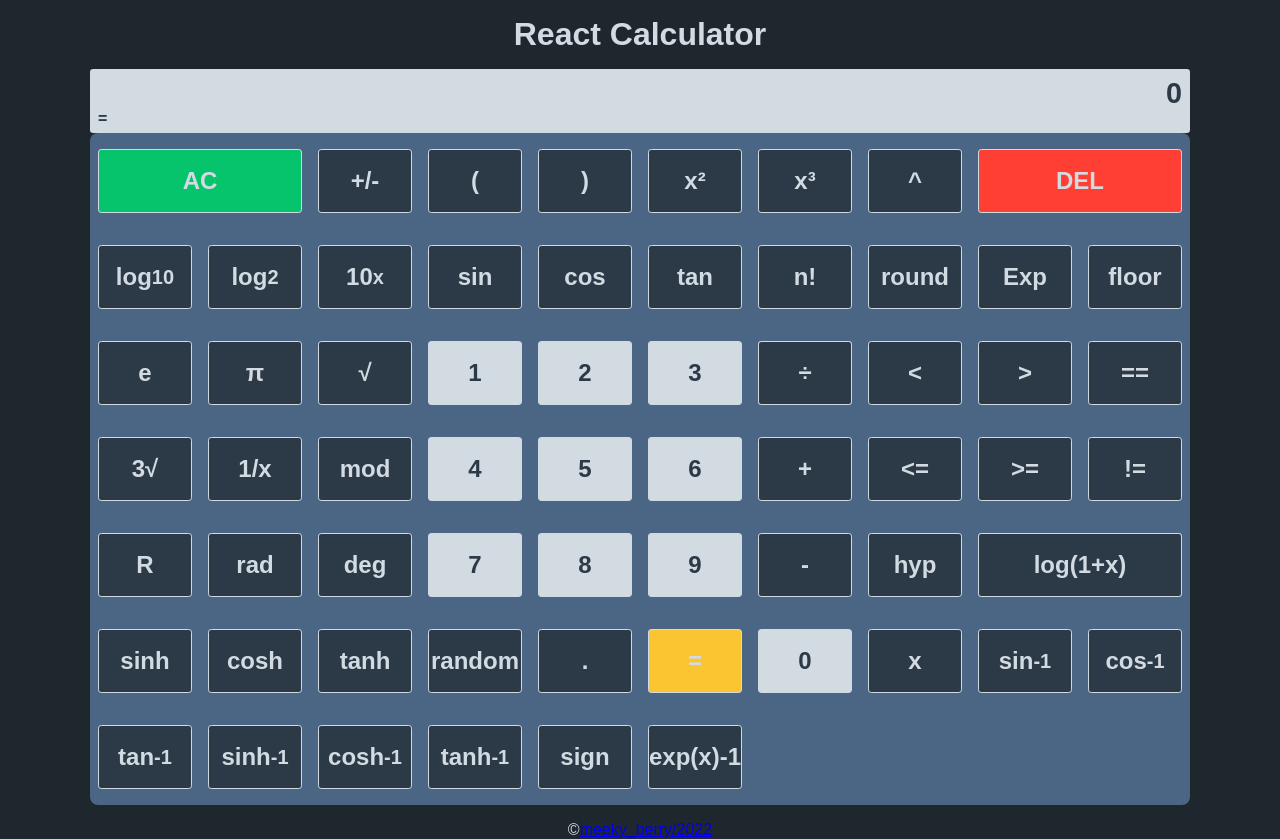
Repository: MikkyPrestige/calculator
Page: /
These files come from the project's save history. The page is drawn as it stood at one moment and after the next save; the edit follows.
The browser window is 1280 px wide. The pictures show the whole page.
The project was rebuilt for these pictures with package versions that can differ from the ones it lists, and the page was loaded fresh each time.

Above is the page before, as saved 2022-11-17 23:00:19.

After the next save:
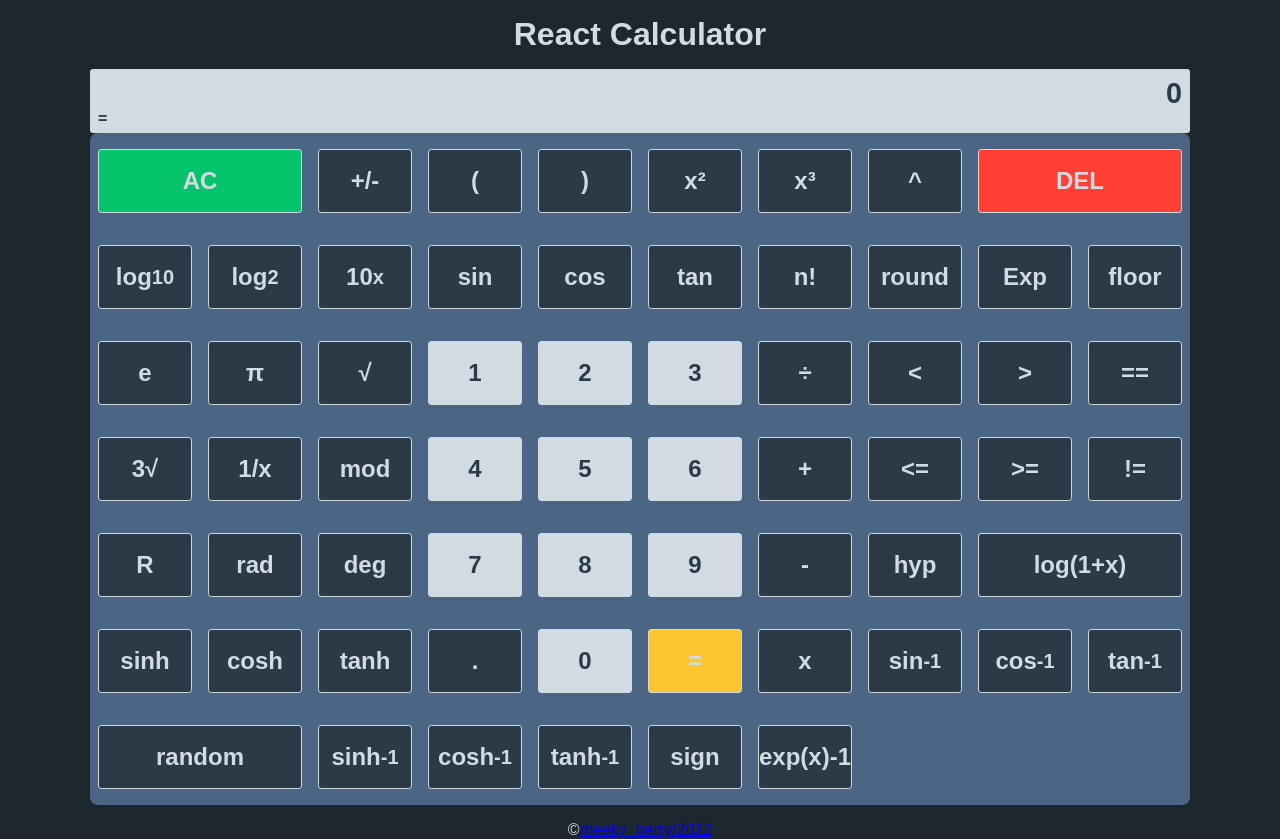
Saved 14 s later.
--- a/src/index.css
+++ b/src/index.css
@@ -262,8 +262,8 @@ body {
 }
 
 .random {
-  grid-column: 4 / 5;
-  grid-row: 6 / 7;
+  grid-column: 1 / 3;
+  grid-row: 7 / 8;
 }
 
 .attribution {
